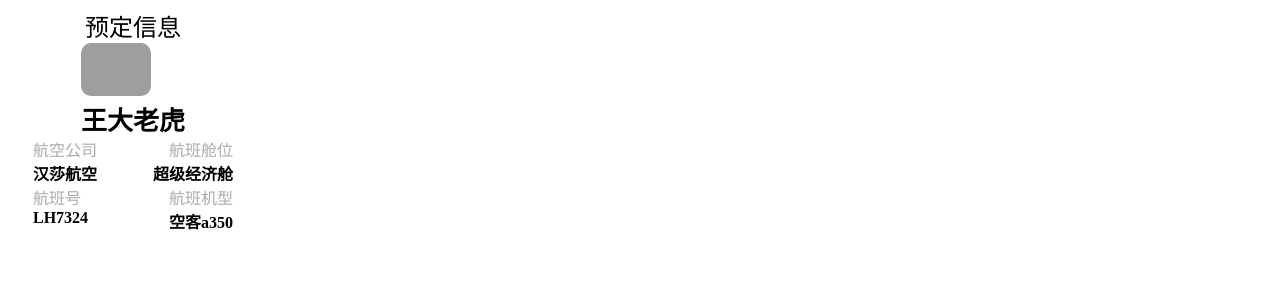
Repository: xzm1997/react-learning
Page: /
The author's editor kept a copy of each file at every save. The page is drawn from the files as they stood at one save, then again after the next save.
The browser window is 1280 px wide. The pictures show the whole page.
Pictures or frames that could not be fetched are drawn as grey boxes. The project was rebuilt for these pictures with package versions that can differ from the ones it lists, and the page was loaded fresh each time.

Above is the page before, as saved 2023-01-31 10:37:59.

### src/index.js
import React from 'react';
import ReactDOM from 'react-dom/client';
import './index.css';

export function UserInfo(props) {
  return (
    <div>
      <img
        src='https://img1.baidu.com/it/u=2017107515,121176475&fm=253&fmt=auto&app=138&f=JPEG?w=500&h=500'
        alt='ava'
        className='ava'
      ></img>
      <div className='userName'>{props.userName}</div>
    </div>
  )
}

export function InfoShow(props) {
  return (
    <div>
      <div className='bookTitle'>{props.title}</div>
      <div className='bookContent'>{props.content}</div>
    </div>
  )
}

export function BookInfo(props) {
  return (
    <div className='contentDisplay'>
      <div className='totalTitle'>预定信息</div>
      <UserInfo userName={props.userName} />
      <div className='infoDisplay'>
        <div className='infoItem leftSide'>
          <InfoShow title='航空公司' content={props.ticketInfo.airline}/>
          <InfoShow title='航班号' content={props.ticketInfo.flightNum}/>
        </div>
        <div className='infoItem rightSide'>
          <InfoShow title='航班舱位' content={props.ticketInfo.level}/>
          <InfoShow title='航班机型' content={props.ticketInfo.plane}/>
        </div>
      </div>
    </div>
    )
}

export function Root() {
  const userName = '王大老虎';
  const ticketInfo = {
    airline : '汉莎航空',
    flightNum : 'LH7324',
    level : '超级经济舱',
    plane : '空客a350'
  }
  return (
    <div>
      <BookInfo
        userName={userName}
        ticketInfo={ticketInfo}
      />
    </div>
  )
}

// ========================================

const root = ReactDOM.createRoot(document.getElementById("root"));
root.render(<Root />);

### src/index.css
.contentDisplay {
  width: 250px;
  display: flex;
  flex-direction: column;
  align-items: center;
}

.ava {
  width: 70px;
  border-radius: 10px;
}

.userName {
  font-weight: 700;
  font-size: 26px;
}

.bookTitle {
  color: #aaa;
}

.totalTitle {
  font-size: 24px;

}

.bookContent {
  font-weight: 700;
}

.infoDisplay {
  display: flex;
}

.infoItem {
  width: 100px;
}

.rightSide {
  text-align: right;
}

Loaded but not shown: public/index.html (common file)

After the next save:
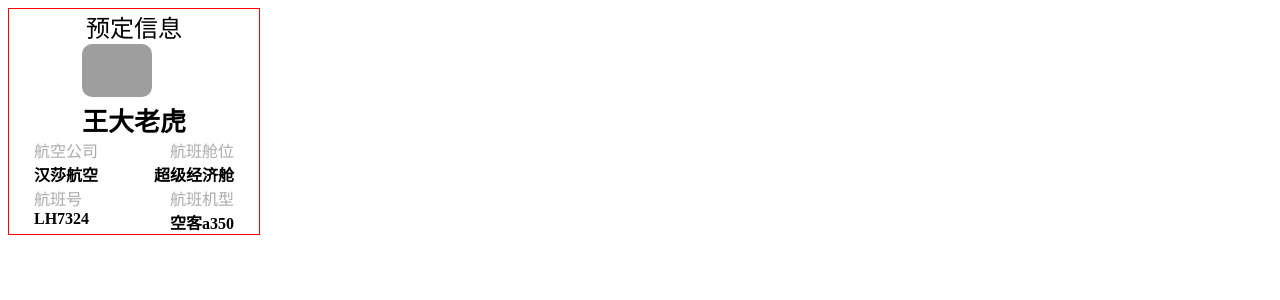
Saved 23 s later.
--- a/src/index.css
+++ b/src/index.css
@@ -1,5 +1,6 @@
 .contentDisplay {
   width: 250px;
+  border: solid 1px red;
   display: flex;
   flex-direction: column;
   align-items: center;
